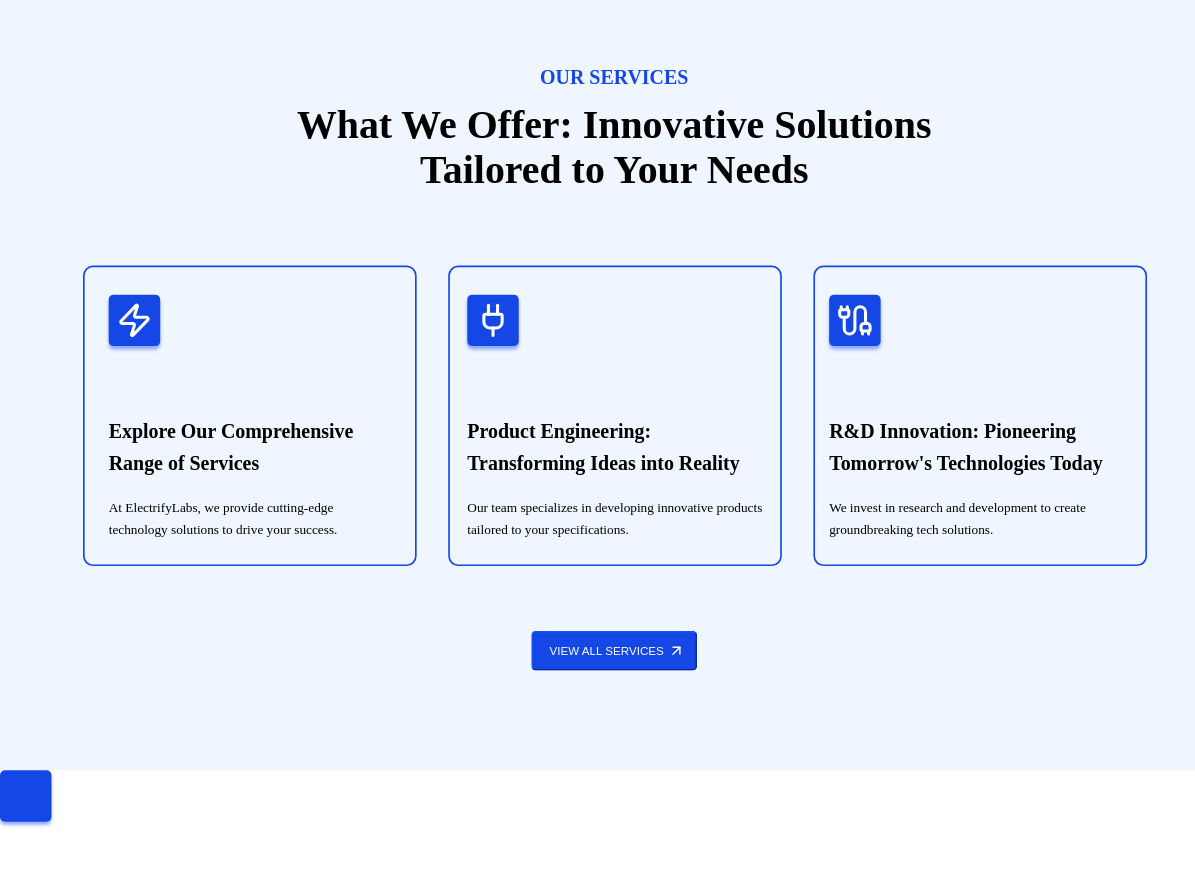
Repository: neelpatel6262/electrifylabs_homepage
Page: /
An editor plug-in stored every save of this project. The page is shown before and after the next save, followed by the edit.
The browser window is 1280 px wide. The page is 1440 px wide, so the pictures cover 1440 px, including what lies to the right of the window. The pictures show the whole page, at 83% of full size.
The project was rebuilt for these pictures with package versions that can differ from the ones it lists, and the page was loaded fresh each time. Also part of the build but not shown: vite.config.js.

Above is the page before, as saved 2026-02-20 17:50:52.

### index.html
<!doctype html>
<html lang="en">
  <head>
    <meta charset="UTF-8" />
    <link rel="icon" type="image/svg+xml" href="/vite.svg" />
    <meta name="viewport" content="width=device-width, initial-scale=1.0" />
    <title>react-practice</title>
  </head>
  <body>
    <div id="root"></div>
    <script type="module" src="/src/main.jsx"></script>
  </body>
</html>

### src/main.jsx
import { StrictMode } from 'react'
import { createRoot } from 'react-dom/client'
import './index.css'
import ServiceSection from './components/ServiceSection.jsx'
import ServiceCard from './components/ServiceCard.jsx'



createRoot(document.getElementById('root')).render(
  <>
    <ServiceSection />
    <ServiceCard />
  </>
)

### src/index.css
@tailwind base;
@tailwind components;
@tailwind utilities;

:root {
  /* Color Variables */
  --primary-color: #1447e6;
  --primary-hover-color: #0f3bc4;
  --secondary-color: #eff6ff;
  --background-light: #bcdaff;
  --text-primary: #171717;
  --text-secondary: #433c38;
  --text-light: #9ca3af;
  --white: #ffffff;
  --black: #000000;
  --dark-text: #0c0a09;
  --border-color: #1447e6;
  --shadow-color: rgba(20, 71, 230, 0.44);
  --error-color: #ef4444;
  --error-dark: #dc2626;
  --success-color: #10b981;
  --success-dark: #059669;
  --warning-color: #f59e0b;
  --warning-dark: #d97706;
  --ripple-color: rgba(255, 255, 255, 0.3);

  /* Typography Variables */
  --font-family: "Space Grotesk", sans-serif;
  --font-size-xs: 10px;
  --font-size-sm: 12px;
  --font-size-base: 14px;
  --font-size-md: 16px;
  --font-size-lg: 18px;
  --font-size-xl: 24px;
  --font-size-2xl: 32px;
  --font-size-3xl: 36px;
  --font-size-4xl: 48px;
  --font-size-5xl: 86px;

  /* Font Weight Variables */
  --font-weight-normal: 400;
  --font-weight-medium: 500;
  --font-weight-semibold: 600;
  --font-weight-bold: 800;
  --font-weight-black: 900;

  /* Spacing Variables */
  --spacing-xs: 4px;
  --spacing-sm: 8px;
  --spacing-md: 12px;
  --spacing-base: 14px;
  --spacing-lg: 16px;
  --spacing-xl: 20px;
  --spacing-2xl: 22px;
  --spacing-3xl: 28px;
  --spacing-4xl: 42px;
  --spacing-5xl: 44px;
  --spacing-6xl: 46px;
  --spacing-7xl: 62px;
  --spacing-8xl: 78px;
  --spacing-9xl: 80px;
  --spacing-10xl: 100px;

  /* Border Radius Variables */
  --border-radius-sm: 6px;
  --border-radius-md: 12px;
  --border-radius-lg: 38px;
  --border-radius-xl: 44px;
  --border-radius-full: 50%;

  /* Shadow Variables */
  --shadow-sm: 0px 4px 4px 0px var(--shadow-color);
  --shadow-md: 0 8px 32px rgba(0, 0, 0, 0.1);
  --shadow-lg: 0 10px 40px rgba(0, 0, 0, 0.2);
  --shadow-xl: 0 12px 40px rgba(0, 0, 0, 0.15);

  /* Layout Variables */
  --container-width: 1440px;
  --content-width: 1280px;
  --navbar-height: 88px;
  --button-height: 48px;
  --input-height: 76px;

  /* Transition Variables */
  --transition-fast: 0.3s ease-in-out;
  --transition-medium: 0.5s cubic-bezier(0.68, -0.55, 0.265, 1.55);

  /* Line Height Variables */
  --line-height-tight: 100%;
  --line-height-normal: 120%;
  --line-height-relaxed: 140%;
  --line-height-loose: 160%;
}

* {
  margin: 0;
  padding: 0;
  box-sizing: border-box;
}


.service-section {
  width: var(--container-width);
  height: 928px;
  background-color: var(--secondary-color);
  padding: var(--spacing-9xl) var(--spacing-10xl) var(--spacing-9xl) var(--spacing-10xl);
}

.service-container {
  width: var(--content-width);
  height: 728px;
}

.service-intro-section {
  width: 765px;
  height: 162px;
  margin-left: 257.5px;
  margin-right: 257.5px;
  text-align: center;
}

.service-body-heading {
  height: var(--spacing-xl);
  width: 765px;
  font-size: var(--font-size-xl);
  text-transform: uppercase;
  color: var(--primary-color);
  font-weight: var(--font-weight-semibold);
  margin-bottom: var(--spacing-2xl);
}

.service-heading {
  width: 765px;
  height: 116px;
  text-align: center;
  font-weight: var(--font-weight-semibold);
  font-size: var(--font-size-4xl);
}

.services-cards-section {
  margin-top: var(--spacing-8xl);
  margin-bottom: var(--spacing-8xl);
  display: flex;
  width: var(--content-width);
  height: 362px;
  gap: 38px;
}

.service-card-one {
  width: 402px;
  height: 362px;
  border: 2px solid var(--primary-color);
  border-radius: var(--border-radius-md);
  padding: 33px 29px 33px 29px;
}

.service-icon {
  width: var(--spacing-7xl);
  height: var(--spacing-7xl);
  background-color: var(--primary-color);
  border-radius: var(--border-radius-sm);
  margin-bottom: 84px;
  padding: 9px;
  box-shadow: var(--shadow-sm);
}

.service-icon svg {
  width: var(--spacing-5xl);
  height: var(--spacing-5xl);
  color: var(--white);
}

.service-card-heading {
  font-size: var(--font-size-xl);
  line-height: var(--line-height-loose);
  width: 318px;
  height: 76px;
  font-weight: var(--font-weight-semibold);
  margin-bottom: var(--spacing-2xl);
}

.service-card-subheading {
  width: 344px;
  height: 52px;
  font-size: var(--font-size-md);
  line-height: var(--line-height-loose);
}

.service-card-two {
  width: 402px;
  height: 362px;
  border: 2px solid var(--primary-color);
  border-radius: var(--border-radius-md);
  padding: 33px 21px 33px 21px;
}

.service-card-two-heading {
  font-size: var(--font-size-xl);
  line-height: var(--line-height-loose);
  width: 361px;
  height: 76px;
  font-weight: var(--font-weight-semibold);
  margin-bottom: var(--spacing-2xl);
}

.service-card-two-subheading {
  width: 360px;
  height: var(--button-height);
  font-size: var(--font-size-md);
  line-height: var(--line-height-loose);
}

.service-card-three {
  width: 402px;
  height: 362px;
  border: 2px solid var(--primary-color);
  border-radius: var(--border-radius-md);
  padding: 33px 17px 33px 17px;
}

.service-card-three-heading {
  width: 386px;
  height: 76px;
  font-weight: var(--font-weight-semibold);
  margin-bottom: var(--spacing-2xl);
  font-size: var(--font-size-xl);
  line-height: var(--line-height-loose);
}

.service-card-three-subheading {
  font-size: var(--font-size-md);
  line-height: var(--line-height-loose);
  width: 353px;
  height: var(--button-height);
}

.service-btn {
  border-radius: var(--border-radius-sm);
  background-color: var(--primary-color);
  border-color: var(--primary-color);
  color: var(--white);
  font-size: var(--font-size-base);
  text-transform: uppercase;
  padding: 10px var(--spacing-xl) 10px var(--spacing-xl);
  width: 200px;
  height: var(--button-height);
  gap: var(--spacing-md);
  margin-left: 540px;
  letter-spacing: 1%;
  margin-right: 540px;
}

.service-btn:hover {
  box-shadow: var(--shadow-sm);
  transition: box-shadow var(--transition-fast);
}

.service-btn svg {
  width: var(--spacing-2xl);
  margin-left: var(--spacing-xs);
  align-items: center;
}

.service-btn-container {
  width: 168px;
  height: var(--spacing-xl);
  display: flex;
  align-items: center;
}

### src/components/ServiceSection.jsx
import { Zap, Plug, Cable, ArrowUpRight } from 'lucide-react';
import ServiceCard from './ServiceCard';

const cards = [
  {
    id: 1,
    icon: <Zap size={24} color="white" />,
    heading: "Explore Our Comprehensive Range of Services",
    subheading: "At ElectrifyLabs, we provide cutting-edge technology solutions to drive your success.",
    cardClass: "service-card-one",
    headingClass: "service-card-heading",
    subheadingClass: "service-card-subheading",
  },
  {
    id: 2,
    icon: <Plug size={24} color="white" />,
    heading: "Product Engineering: Transforming Ideas into Reality",
    subheading: "Our team specializes in developing innovative products tailored to your specifications.",
    cardClass: "service-card-two",
    headingClass: "service-card-two-heading",
    subheadingClass: "service-card-two-subheading",
  },
  {
    id: 3,
    icon: <Cable size={24} color="white" />,
    heading: "R&D Innovation: Pioneering Tomorrow's Technologies Today",
    subheading: "We invest in research and development to create groundbreaking tech solutions.",
    cardClass: "service-card-three",
    headingClass: "service-card-three-heading",
    subheadingClass: "service-card-three-subheading",
  },
];

function ServiceSection() {
  return (
    <div className="service-section">
      <div className="service-container">

        {/* Intro */}
        <div className="service-intro-section">
          <div className="service-body-heading">our services</div>
          <div className="service-heading">
            What We Offer: Innovative Solutions Tailored to Your Needs
          </div>
        </div>

        {/* Cards */}
        <div className="services-cards-section">
          {cards.map((card) => (
            <ServiceCard
              key={card.id}
              icon={card.icon}
              heading={card.heading}
              subheading={card.subheading}
              cardClass={card.cardClass}
              headingClass={card.headingClass}
              subheadingClass={card.subheadingClass}
            />
          ))}
        </div>

        {/* Button */}
        <button className="service-btn">
          <div className="service-btn-container">
            view all services
            <ArrowUpRight size={20} />
          </div>
        </button>

      </div>
    </div>
  );
}

export default ServiceSection;

### src/components/ServiceCard.jsx


function ServiceCard({ icon, heading, subheading, cardClass, headingClass, subheadingClass })

{
  return (
    <div className={cardClass}>
      <div className="service-icon">
        {icon}
      </div>
      <div className={headingClass}>
        {heading}
      </div>
      <div className={subheadingClass}>
        {subheading}
      </div>
    </div>
  );
}



export default ServiceCard;

### src/components/Navbar.jsx
import { ArrowUpRight } from 'lucide-react';
import Logo from '../assets/LOGO.svg';

const navLinks = [
  { id: 1, label: 'about', href: '#' },
  { id: 2, label: 'service', href: '#' },
  { id: 3, label: 'product', href: '#' },
  { id: 4, label: 'library', href: '#' },
  { id: 5, label: 'blogs', href: '#' },
];

function Navbar() {
  return (
    <div className="navbar-section">
      <div className="navbar-container">

        {/* Logo */}
        <div className="logo">
          <img src={Logo} alt="logo" />
        </div>

        {/* Nav Links */}
        <div className="nav-links">
          {navLinks.map((link) => (
            <a key={link.id} href={link.href}>
              {link.label}
            </a>
          ))}
        </div>

        {/* Button */}
        <button className="navbar-btn">
          <div className="navbar-btn-conatiner">
            contact us
            <ArrowUpRight size={20} />
          </div>
        </button>

      </div>
    </div>
  );
}

export default Navbar;

After the next save:
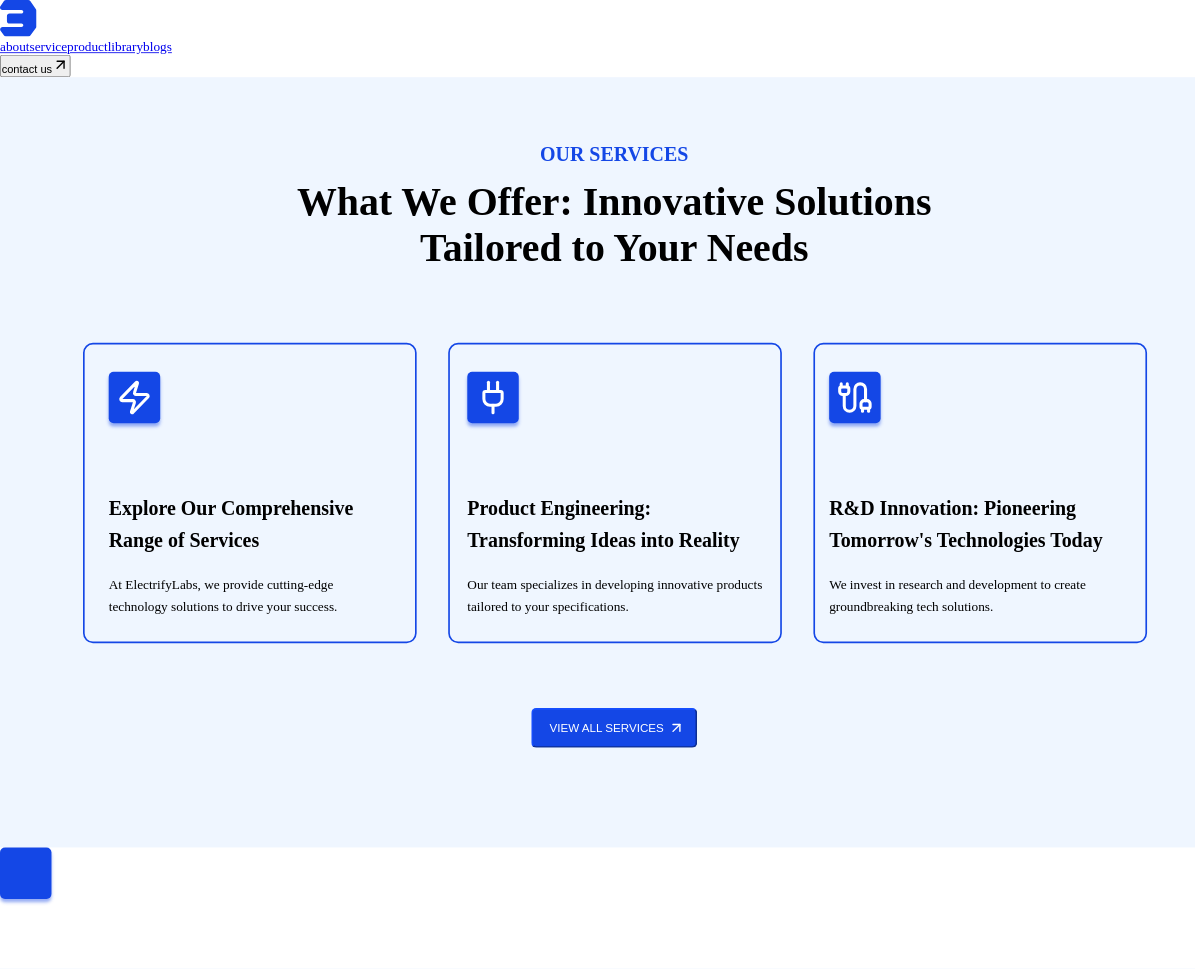
Saved 59 s later.
--- a/src/main.jsx
+++ b/src/main.jsx
@@ -1,14 +1,18 @@
 import { StrictMode } from 'react'
 import { createRoot } from 'react-dom/client'
 import './index.css'
+import Navbar from './components/Navbar.jsx'
 import ServiceSection from './components/ServiceSection.jsx'
 import ServiceCard from './components/ServiceCard.jsx'
 
 
 
+
 createRoot(document.getElementById('root')).render(
   <>
+    <Navbar />
     <ServiceSection />
     <ServiceCard />
+
   </>
 )
